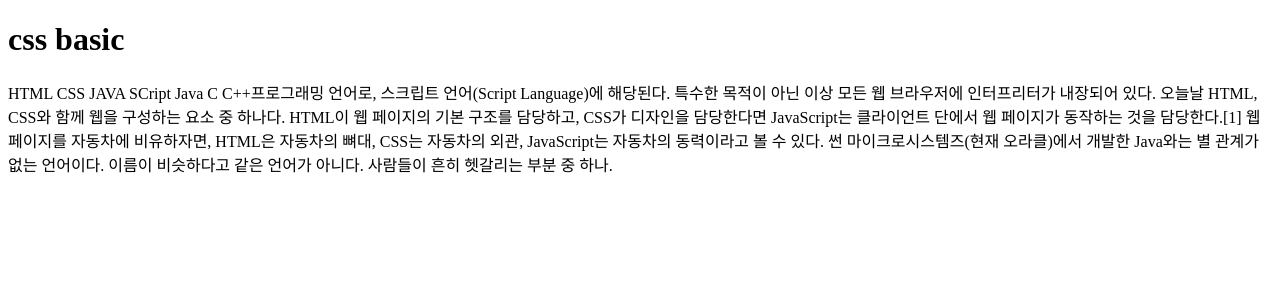
Repository: ssleap/multicampusIoT
Page: workspace190520/edu2/WebContent/test01.html
The author's editor kept a copy of each file at every save. The page is drawn from the files as they stood at one save, then again after the next save.
The browser window is 1280 px wide. The pictures show the whole page.

Above is the page before, as saved 2019-05-22 05:28:17.

### workspace190520/edu2/WebContent/test01.html
<!DOCTYPE html>
<html>
<head>
<meta charset="UTF-8">
<meta name = "viewport" content ="width=device-width, initial-scale=1">
<title>css 기본</title>
</head>
<body>

	<h1>css basic</h1>
	<p>HTML CSS JAVA
	SCript
	Java
	C
	C++프로그래밍 언어로, 스크립트 언어(Script Language)에 해당된다.
	 특수한 목적이 아닌 이상 모든 웹 브라우저에 인터프리터가 내장되어 있다.
	 오늘날 HTML, CSS와 함께 웹을 구성하는 요소 중 하나다.
	 HTML이 웹 페이지의 기본 구조를 담당하고,
	 CSS가 디자인을 담당한다면 JavaScript는
	 클라이언트 단에서 웹 페이지가 동작하는 것을 담당한다.[1]
	 웹 페이지를 자동차에 비유하자면, HTML은 자동차의 뼈대,
	 CSS는 자동차의 외관, JavaScript는 자동차의 동력이라고 볼 수 있다.

	썬 마이크로시스템즈(현재 오라클)에서 개발한
	Java와는 별 관계가 없는 언어이다.
	 이름이 비슷하다고 같은 언어가 아니다.
	 사람들이 흔히 헷갈리는 부분 중 하나.
	</p>

</body>
</html>

After the next save:
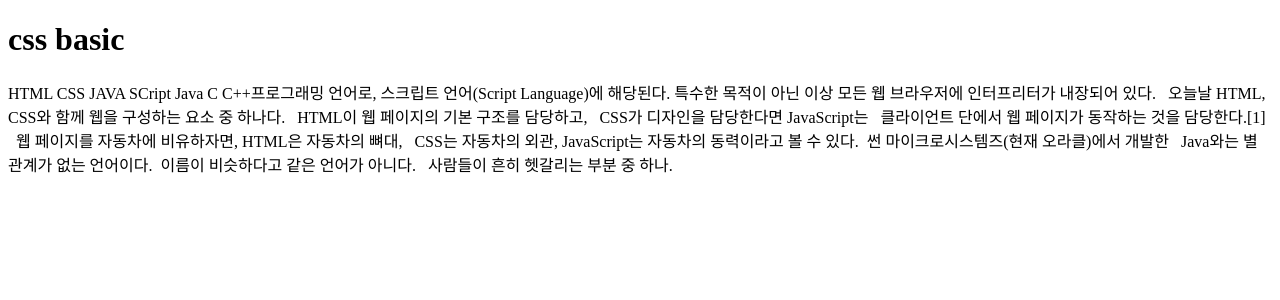
Saved 40 s later.
--- a/workspace190520/edu2/WebContent/test01.html
+++ b/workspace190520/edu2/WebContent/test01.html
@@ -13,18 +13,18 @@
 	Java
 	C
 	C++프로그래밍 언어로, 스크립트 언어(Script Language)에 해당된다.
-	 특수한 목적이 아닌 이상 모든 웹 브라우저에 인터프리터가 내장되어 있다.
-	 오늘날 HTML, CSS와 함께 웹을 구성하는 요소 중 하나다.
-	 HTML이 웹 페이지의 기본 구조를 담당하고,
-	 CSS가 디자인을 담당한다면 JavaScript는
-	 클라이언트 단에서 웹 페이지가 동작하는 것을 담당한다.[1]
-	 웹 페이지를 자동차에 비유하자면, HTML은 자동차의 뼈대,
-	 CSS는 자동차의 외관, JavaScript는 자동차의 동력이라고 볼 수 있다.
+	 특수한 목적이 아닌 이상 모든 웹 브라우저에 인터프리터가 내장되어 있다. &nbsp;
+	 오늘날 HTML, CSS와 함께 웹을 구성하는 요소 중 하나다. &nbsp;
+	 HTML이 웹 페이지의 기본 구조를 담당하고, &nbsp;
+	 CSS가 디자인을 담당한다면 JavaScript는 &nbsp;
+	 클라이언트 단에서 웹 페이지가 동작하는 것을 담당한다.[1] &nbsp;
+	 웹 페이지를 자동차에 비유하자면, HTML은 자동차의 뼈대, &nbsp;
+	 CSS는 자동차의 외관, JavaScript는 자동차의 동력이라고 볼 수 있다.&nbsp;
 
-	썬 마이크로시스템즈(현재 오라클)에서 개발한
-	Java와는 별 관계가 없는 언어이다.
-	 이름이 비슷하다고 같은 언어가 아니다.
-	 사람들이 흔히 헷갈리는 부분 중 하나.
+	썬 마이크로시스템즈(현재 오라클)에서 개발한 &nbsp;
+	Java와는 별 관계가 없는 언어이다.&nbsp;
+	 이름이 비슷하다고 같은 언어가 아니다. &nbsp;
+	 사람들이 흔히 헷갈리는 부분 중 하나. &nbsp;
 	</p>
 
 </body>
